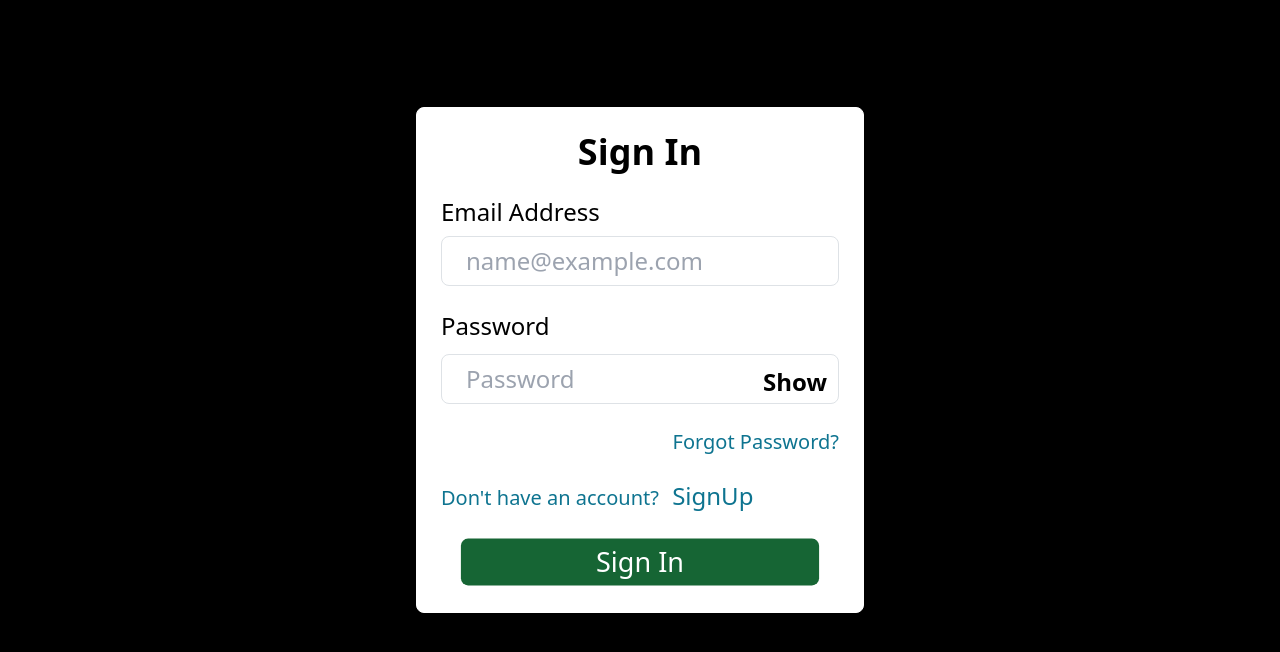
Repository: sayyad-mukthumsa-123/Movie-Verse
Page: /login (app in frontend/)
These files come from the project's save history. The page is drawn as it stood at one moment and after the next save; the edit follows.
The browser window is 1280 px wide. The pictures show the whole page.
The page's requests for data from a server got no answer. The project was rebuilt for these pictures with package versions that can differ from the ones it lists, and the page was loaded fresh each time. No one was signed in, and anything a server would have sent is missing. Also part of the build but not shown: frontend/src/pages/Welcome.jsx, frontend/src/components/Logout.jsx, frontend/src/components/Navbar.jsx, frontend/src/components/Cards.jsx, frontend/src/pages/Home.jsx, frontend/src/components/AvatarSelection.jsx, frontend/src/pages/SignUp.jsx, frontend/src/pages/MovieRecommendations.jsx and 17 more.

Above is the page before, as saved 2025-02-18 22:33:45.

### frontend/public/index.html
<!DOCTYPE html>
<html lang="en">

<head>
  <meta charset="utf-8" />
  <link rel="icon" href="%PUBLIC_URL%/favicon.ico" />
  <meta name="viewport" content="width=device-width, initial-scale=1" />
  <meta name="theme-color" content="#000000" />
  <meta name="description" content="Web site created using create-react-app" />
  <link rel="apple-touch-icon" href="%PUBLIC_URL%/logo192.png" />
  <!--
      manifest.json provides metadata used when your web app is installed on a
      user's mobile device or desktop. See https://developers.google.com/web/fundamentals/web-app-manifest/
    -->
  <link rel="manifest" href="%PUBLIC_URL%/manifest.json" />
  <link rel="stylesheet" href="https://cdn.jsdelivr.net/npm/bootstrap@5.3.2/dist/css/bootstrap.min.css"
    integrity="sha384-T3c6CoIi6uLrA9TneNEoa7RxnatzjcDSCmG1MXxSR1GAsXEV/Dwwykc2MPK8M2HN" crossorigin="anonymous" />
  <!--
      Notice the use of %PUBLIC_URL% in the tags above.
      It will be replaced with the URL of the `public` folder during the build.
      Only files inside the `public` folder can be referenced from the HTML.

      Unlike "/favicon.ico" or "favicon.ico", "%PUBLIC_URL%/favicon.ico" will
      work correctly both with client-side routing and a non-root public URL.
      Learn how to configure a non-root public URL by running `npm run build`.
    -->
  <title>MovieVerse</title>
</head>

<body>
  <noscript>You need to enable JavaScript to run this app.</noscript>
  <div id="root"></div>
  <!--
      This HTML file is a template.
      If you open it directly in the browser, you will see an empty page.

      You can add webfonts, meta tags, or analytics to this file.
      The build step will place the bundled scripts into the <body> tag.

      To begin the development, run `npm start` or `yarn start`.
      To create a production bundle, use `npm run build` or `yarn build`.
    -->
</body>

</html>

### frontend/src/index.css
/* body {
  margin: 0;
  font-family: -apple-system, BlinkMacSystemFont, 'Segoe UI', 'Roboto', 'Oxygen',
    'Ubuntu', 'Cantarell', 'Fira Sans', 'Droid Sans', 'Helvetica Neue',
    sans-serif;
  -webkit-font-smoothing: antialiased;
  -moz-osx-font-smoothing: grayscale;
}

code {
  font-family: source-code-pro, Menlo, Monaco, Consolas, 'Courier New',
    monospace;
} */


/* @tailwind base;
@tailwind components;
@tailwind utilities; */


/* @import "tailwindcss/base";
@import "tailwindcss/components";
@import "tailwindcss/utilities"; */


/* src/index.css */
@tailwind base;
@tailwind components;
@tailwind utilities;

### frontend/src/App.js
import { BrowserRouter, Route, Routes } from "react-router-dom";
import Welcome from "./pages/Welcome";
import Home from "./pages/Home";
import SignIn from "./pages/SignIn";
import SignUp from "./pages/SignUp";
import Details from "./pages/MovieDetail";
import MovieSearch from "./pages/MovieSearch";
import PopularMovies from "./pages/PopularMovies";
import TrendingMovies from "./pages/TrendingMovies";
import DirectorSearch from "./pages/DirectorSearch";
import HeroSearch from "./pages/HeroSearch";
import HeroineSearch from "./pages/HeroineSearch";
import Search from "./pages/Search";
import GenreSearch from "./pages/GenreSearch";
import LangSearch from "./pages/LangSearch";
import ProtectedRoute from "./components/ProtectedRoute"; // Import ProtectedRoute
import ProfilePage from "./pages/ProfilePage"; // ProfilePage component
import UpdateProfile from "./pages/UpdateProfile";
import ResetPassword from "./components/ResetPassword";
import ReviewRating from "./pages/ReviewRating";
import ContactUs from "./pages/ContactUs";
import MovieDetail from "./pages/MovieDetail";


const App = () => {
  return (
    <div className="App">

      <BrowserRouter>
        <Routes>

          <Route path="/" element={<Welcome />} />
          <Route path="/register" element={<SignUp />} />
          <Route path="/login" element={<SignIn />} />


          <Route
            path="/home_login"
            element={
              <ProtectedRoute>
                <Home />
              </ProtectedRoute>
            }
          />
          <Route
            path="/details"
            element={
              <ProtectedRoute>
                <Details />
              </ProtectedRoute>
            }
          />
          <Route
            path="/popular"
            element={
              <ProtectedRoute>
                <PopularMovies />
              </ProtectedRoute>
            }
          />
          <Route
            path="/trending"
            element={
              <ProtectedRoute>
                <TrendingMovies />
              </ProtectedRoute>
            }
          />
          <Route
            path="/search/movie"
            element={
              <ProtectedRoute>
                <MovieSearch />
              </ProtectedRoute>
            }
          />
          <Route
            path="/search/director"
            element={
              <ProtectedRoute>
                <DirectorSearch />
              </ProtectedRoute>
            }
          />
          <Route
            path="/search/hero"
            element={
              <ProtectedRoute>
                <HeroSearch />
              </ProtectedRoute>
            }
          />
          <Route
            path="/search/heroine"
            element={
              <ProtectedRoute>
                <HeroineSearch />
              </ProtectedRoute>
            }
          />
          <Route
            path="/search/genre"
            element={
              <ProtectedRoute>
                <GenreSearch />
              </ProtectedRoute>
            }
          />
          <Route
            path="/search/lang"
            element={
              <ProtectedRoute>
                <LangSearch />
              </ProtectedRoute>
            }
          />
          <Route
            path="/search"
            element={
              <ProtectedRoute>
                <Search />
              </ProtectedRoute>
            }
          />
          <Route
            path="/movie/:id"
            element={
              <ProtectedRoute>
                <Details />
              </ProtectedRoute>
            }
          />
          <Route path="api/profile/:email" element={
            <ProtectedRoute>
              <ProfilePage />
            </ProtectedRoute>}
          />
          <Route path="/update-profile/:email" element={
            <ProtectedRoute>
              <UpdateProfile />
            </ProtectedRoute>}
          />
          <Route path="/profile/:email" element={
            <ProtectedRoute><ProfilePage />
            </ProtectedRoute>} />
          <Route path="/reset-password/:email" element={

            <ResetPassword />

          }
          />


          {/* Movie review and rating route */}

          <Route path="/movie/:movieId/review-rating" element={
            <ProtectedRoute><ReviewRating />
            </ProtectedRoute>} />



          <Route path="/contact" element={
            <ProtectedRoute><ContactUs />
            </ProtectedRoute>} />

        </Routes>

      </BrowserRouter>
    </div>
  );
};

export default App;

### frontend/src/pages/SignIn.jsx
import React, { useEffect, useState } from "react";
import { Link, useNavigate } from "react-router-dom";
import { ToastContainer, toast } from "react-toastify";
import "react-toastify/dist/ReactToastify.css";

const SignIn = () => {
  const [email, setEmail] = useState("");
  const [password, setPassword] = useState("");
  const [passwordVisible, setPasswordVisible] = useState(false);
  const navigate = useNavigate();

  useEffect(() => {
    const token = localStorage.getItem("token");
    if (token) {
      navigate("/home_login"); // Redirect if already logged in
    }
  }, [navigate]);

  const togglePasswordVisibility = () => {
    setPasswordVisible(!passwordVisible);
  };

  const handleSubmit = async (event) => {
    event.preventDefault();

    if (!email || !password) {
      toast.error("Please fill in all fields.");
      return;
    }

    if (!/\S+@\S+\.\S+/.test(email)) {
      toast.error("Please provide a valid email.");
      return;
    }

    try {
      const response = await fetch("http://localhost:5000/login", {
        method: "POST",
        headers: {
          "Content-Type": "application/json",
        },
        body: JSON.stringify({ Email: email, Password: password }),
      });

      const data = await response.json();

      if (response.ok) {
        localStorage.setItem("token", data.token);
        localStorage.setItem("email", email); // Store email after successful sign-in
        toast.success("Sign in successful!");
        setTimeout(() => {
          navigate("/home_login");
        }, 2000);

      } else {
        toast.error(data.msg || "Invalid email or password.");
      }
    } catch (error) {
      toast.error("An error occurred. Please try again later.");
      console.error("Error:", error);
    }
  };

  const handleForgotPassword = () => {
    if (!email) {
      toast.error("Please enter your email to reset the password.");
      return;
    }
    navigate(`/reset-password/${email}`);
  };

  return (
    <div className="flex items-center justify-center min-h-screen bg-black">
      <div className="w-full max-w-md bg-white border border-white text-black rounded-lg shadow-md p-6">
        <h1 className="text-4xl font-bold  text-center mb-6">Sign In</h1>
        <form onSubmit={handleSubmit}>
          <div className="mb-4">
            <label htmlFor="email" className="block text-2xl mb-2 font-medium ">
              Email Address
            </label>
            <input
              type="email"
              id="email"
              className="w-full px-4 py-2 text-black border rounded-lg focus:outline-none focus:ring focus:ring-cyan-800 text-2xl"
              placeholder="name@example.com"
              value={email}
              onChange={(e) => setEmail(e.target.value)}
            />
          </div>
          <div className="mb-4 relative">
            <label htmlFor="password" className="block  mb-2 font-medium  text-2xl">
              Password
            </label>
            <input
              type={passwordVisible ? "text" : "password"}
              id="password"
              className="mt-1 w-full px-4 py-2 text-black border rounded-lg focus:outline-none focus:ring focus:ring-cyan-800 text-2xl"
              placeholder="Password"
              value={password}
              onChange={(e) => setPassword(e.target.value)}
            />
            <button
              type="button"
              className="absolute text-black top-14 right-3 text-2xl font-semibold  focus:outline-none"
              onClick={togglePasswordVisibility}
            >
              {passwordVisible ? "Hide" : "Show"}
            </button>
          </div>
          <div className="text-sm text-right mb-4">
            <button
              type="button"
              className="text-cyan-700 text-xl hover:underline focus:outline-none hover:scale-105 transition-transform"
              onClick={handleForgotPassword}
            >
              Forgot Password?
            </button>
          </div>
          <div className="text-xl mb-4 text-cyan-700">
            Don't have an account?{" "}
            <Link to="/register" className="inline-block mx-2 text-cyan-700 hover:underline hover:scale-105 transition-transform text-2xl">
              SignUp
            </Link>
          </div>
          <button
            type="submit"
            className="w-full scale-90 bg-green-800 text-3xl text-white py-2 px-4 rounded-lg hover:bg-green-700 focus:outline-none hover:scale-100 transition-transform"
          >
            Sign In
          </button>
        </form>
      </div>
      <ToastContainer />
    </div>
  );
};

export default SignIn;

### frontend/tailwind.config.js
module.exports = {
  content: [
    "./src/**/*.{js,jsx,ts,tsx}", // Include all source files in the frontend
  ],
  theme: {
    extend: {},
  },
  plugins: [],
};

Loaded but not shown: frontend/src/index.js (common file); frontend/src/reportWebVitals.js (common file)

After the next save:
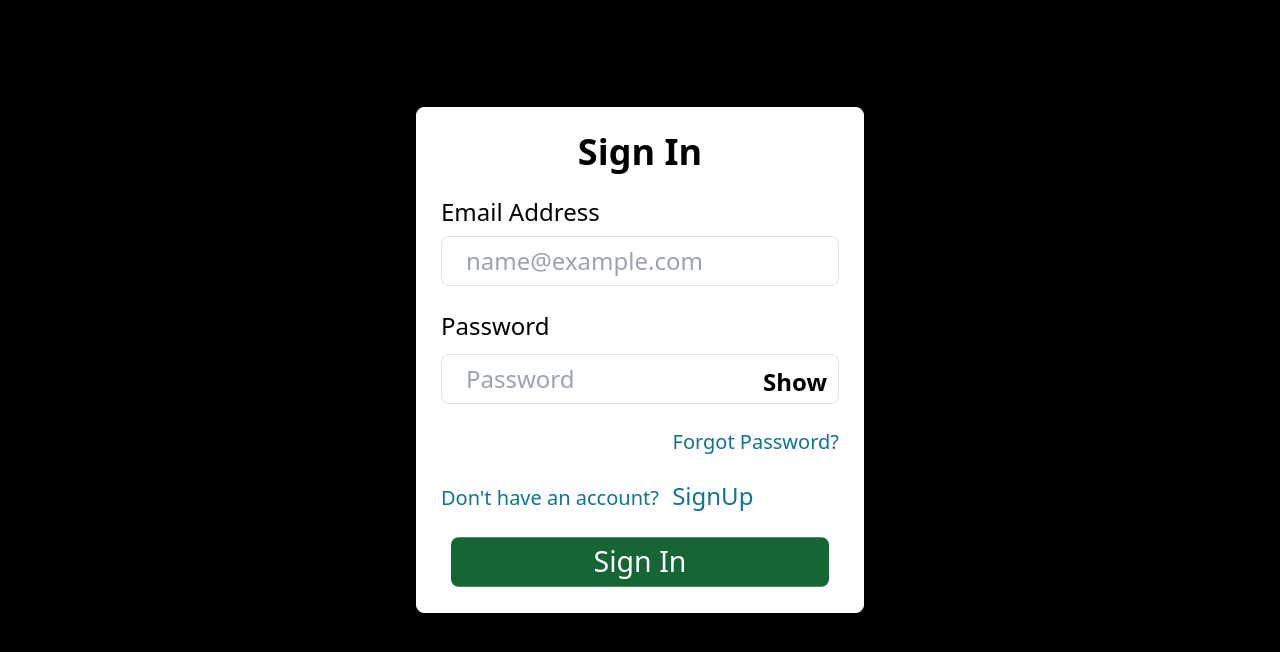
Saved 63 s later.
--- a/frontend/src/pages/SignIn.jsx
+++ b/frontend/src/pages/SignIn.jsx
@@ -124,7 +124,7 @@
           </div>
           <button
             type="submit"
-            className="w-full scale-90 bg-green-800 text-3xl text-white py-2 px-4 rounded-lg hover:bg-green-700 focus:outline-none hover:scale-100 transition-transform"
+            className="w-full scale-95 bg-green-800 text-3xl text-white py-2 px-4 rounded-lg hover:bg-green-700 focus:outline-none hover:scale-100 transition-transform"
           >
             Sign In
           </button>
